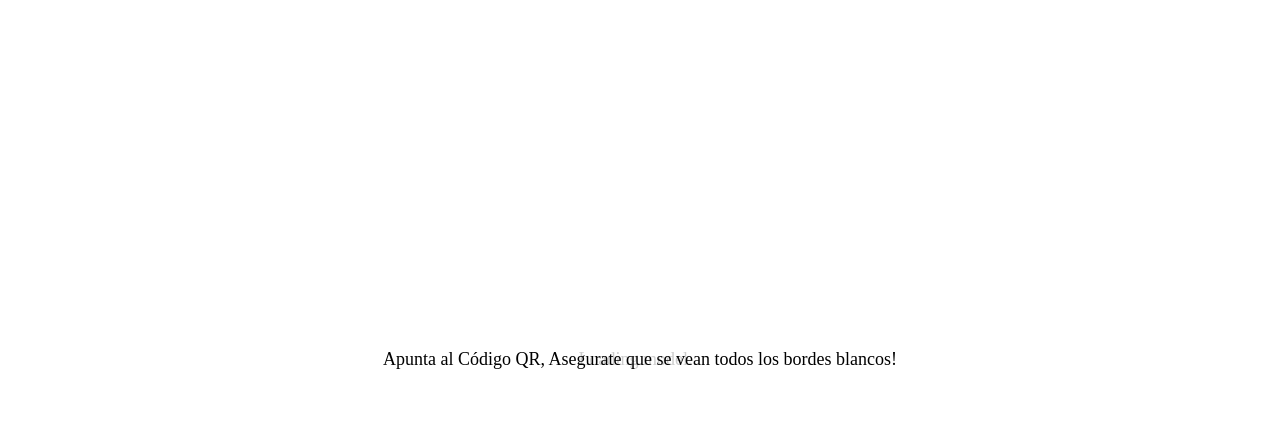
Repository: Cartterr/AR-Ipre-Museo-2023
Page: index.html
An editor plug-in stored every save of this project. The page is shown before and after the next save, followed by the edit.
The browser window is 1280 px wide. The pictures show the whole page.

Above is the page before, as saved 2023-08-17 02:22:25.

### index.html
<!DOCTYPE html>
<html lang="en">
<head>
    <meta charset="UTF-8">
    <script src="https://aframe.io/releases/0.8.0/aframe.min.js"></script>
    <script src="https://cdn.rawgit.com/jeromeetienne/AR.js/1.6.0/aframe/build/aframe-ar.js"></script>
    <script src="https://cozmo.github.io/jsQR/jsQR.js"></script>

    <style>
        #loading, #qrPrompt {
            position: fixed;
            top: 50%;
            left: 50%;
            transform: translate(-50%, -50%);
            z-index: 1000;
            background-color: rgba(255, 255, 255, 0.8);
            padding: 20px;
            border-radius: 10px;
            text-align: center;
            font-size: 18px;
            max-width: 80%;
            line-height: 1.4;
        }
    </style>
</head>
<body style='margin : 0px; overflow: hidden;'>

    <!-- Loading div -->
    <div id="loading">Loading model...</div>

    <!-- QR Prompt -->
    <div id="qrPrompt" style="visibility: visible;">Apunta al Código QR, Asegurate que se vean todos los bordes blancos!</div>

    <a-scene embedded arjs='sourceType: webcam; debugUIEnabled: false;' vr-mode-ui="enabled: false">
        <a-assets>
            <a-asset-item id="apple-model" src="apple_ii_computer_1k.glb"></a-asset-item>
        </a-assets>

        <!-- Marker-based model -->
        <a-marker preset='custom' type='pattern' url='https://dl.dropboxusercontent.com/scl/fi/2r32jo02nfvmfk4d83sog/pattern-qr-code-MONKEY.patt?rlkey=t1j8qwahs1193ngaihgklho50&dl=0'>
            <a-entity id="appleEntity" gltf-model="#apple-model" rotation="0 0 0" scale="0.5 0.5 0.5" material='opacity: 0.7;'>
                <a-animation attribute="rotation" to="0 360 0" dur="18000" repeat="indefinite" easing="linear"></a-animation>
            </a-entity>
        </a-marker>

        <a-entity camera></a-entity>
    </a-scene>

    <script>
        // Hide loading once model is loaded
        document.getElementById('appleEntity').addEventListener('model-loaded', function() {
            document.getElementById('loading').style.display = 'none';
        });

        // Hide the QR Prompt after 6 seconds
        setTimeout(function() {
            document.getElementById('qrPrompt').style.visibility = 'hidden';
        }, 6000);
    </script>

</body>
</html>

After the next save:
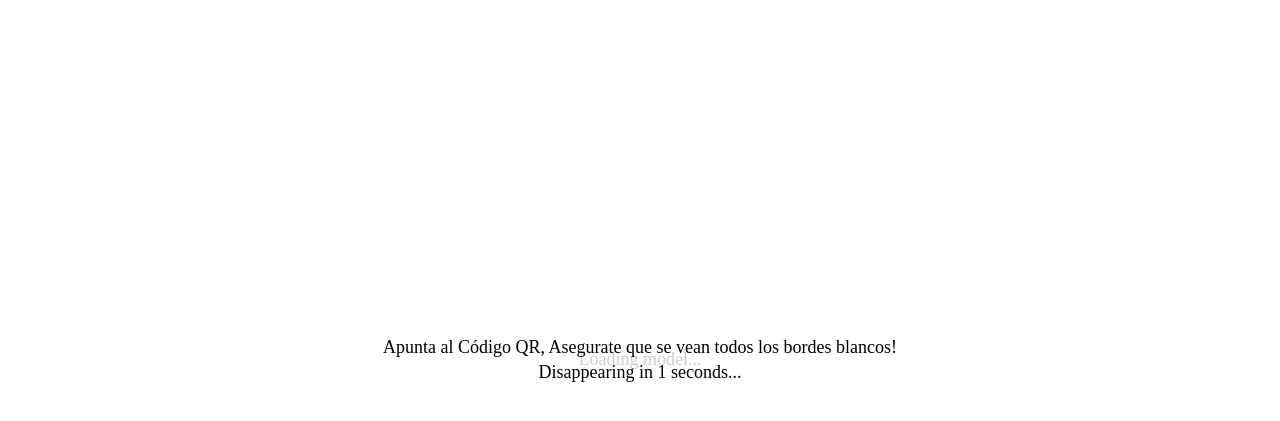
Saved 112 s later.
--- a/index.html
+++ b/index.html
@@ -28,8 +28,8 @@
     <!-- Loading div -->
     <div id="loading">Loading model...</div>
 
-    <!-- QR Prompt -->
-    <div id="qrPrompt" style="visibility: visible;">Apunta al Código QR, Asegurate que se vean todos los bordes blancos!</div>
+    <!-- QR Prompt with countdown timer -->
+    <div id="qrPrompt">Apunta al Código QR, Asegurate que se vean todos los bordes blancos! <br> Disappearing in <span id="countdown">6</span> seconds...</div>
 
     <a-scene embedded arjs='sourceType: webcam; debugUIEnabled: false;' vr-mode-ui="enabled: false">
         <a-assets>
@@ -52,10 +52,16 @@
             document.getElementById('loading').style.display = 'none';
         });
 
-        // Hide the QR Prompt after 6 seconds
-        setTimeout(function() {
-            document.getElementById('qrPrompt').style.visibility = 'hidden';
-        }, 6000);
+        // Countdown timer to hide QR Prompt div
+        let countdown = 6;
+        let countdownInterval = setInterval(function() {
+            countdown--;
+            document.getElementById('countdown').innerText = countdown;
+            if (countdown === 0) {
+                clearInterval(countdownInterval);
+                document.getElementById('qrPrompt').style.display = 'none';
+            }
+        }, 1000);
     </script>
 
 </body>
